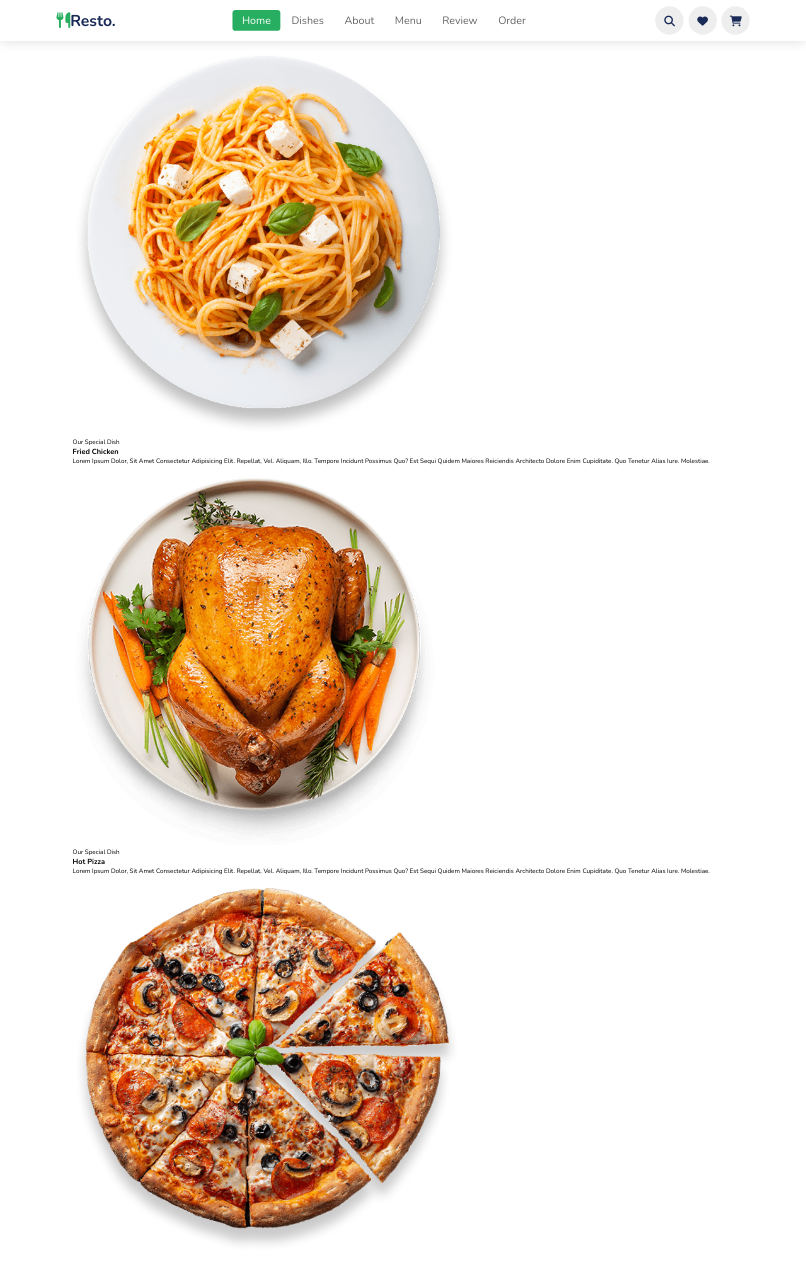
Repository: CarsonDev1/FoodWeb
Page: index.html
These files come from the project's save history. The page is drawn as it stood at one moment and after the next save; the edit follows.
The browser window is 1280 px wide. The pictures show the whole page, at 63% of full size.
Some web libraries are served in a nearby version.

Above is the page before, as saved 2022-05-18 19:29:13.

After the next save:
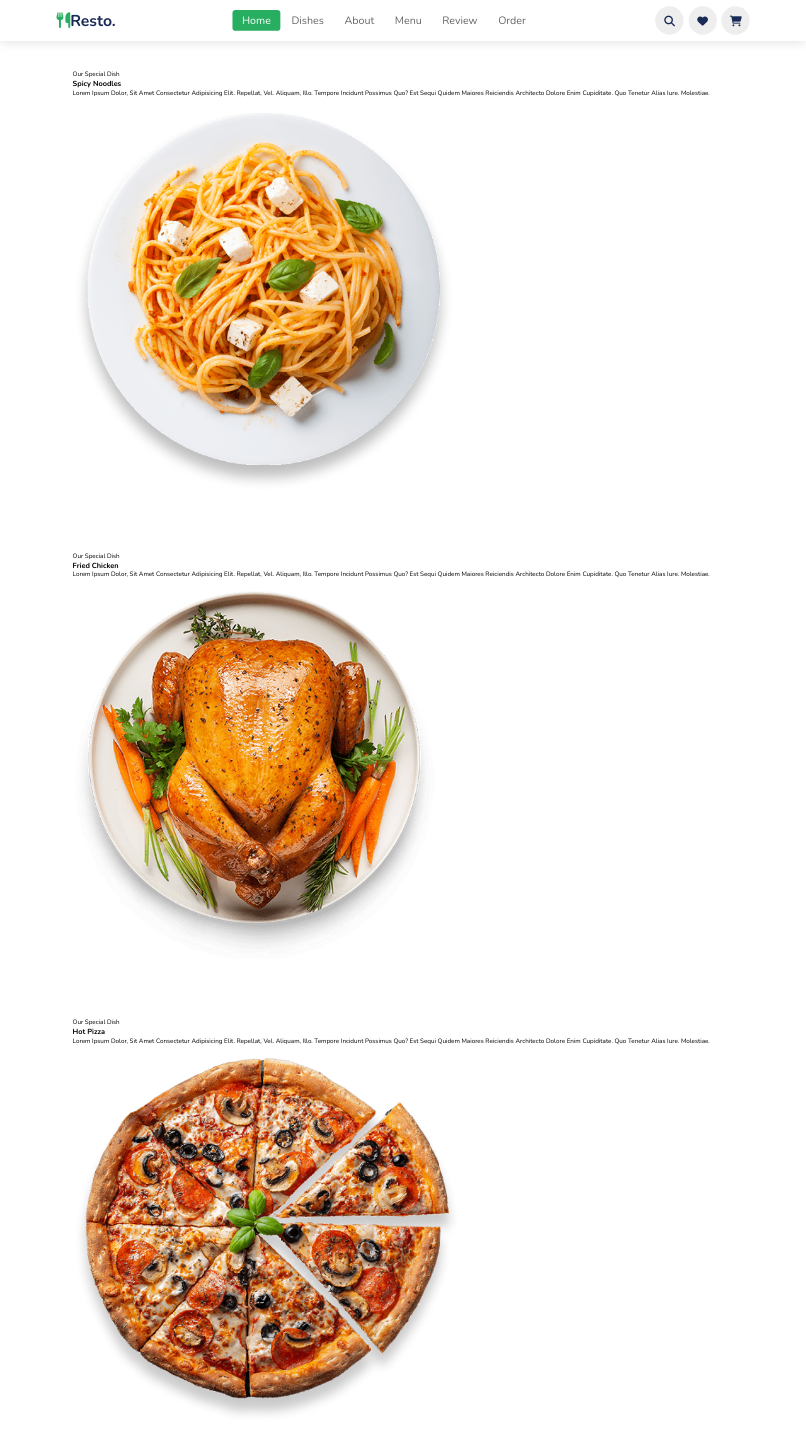
Saved 10 s later.
--- a/css/style.css
+++ b/css/style.css
@@ -130,6 +130,7 @@ header .icons #menu-bars {
   align-items: center;
   flex-wrap: wrap;
   gap: 2rem;
+  padding-top: 9rem;
 }
 /* media queries */
 @media (max-width: 991px) {
